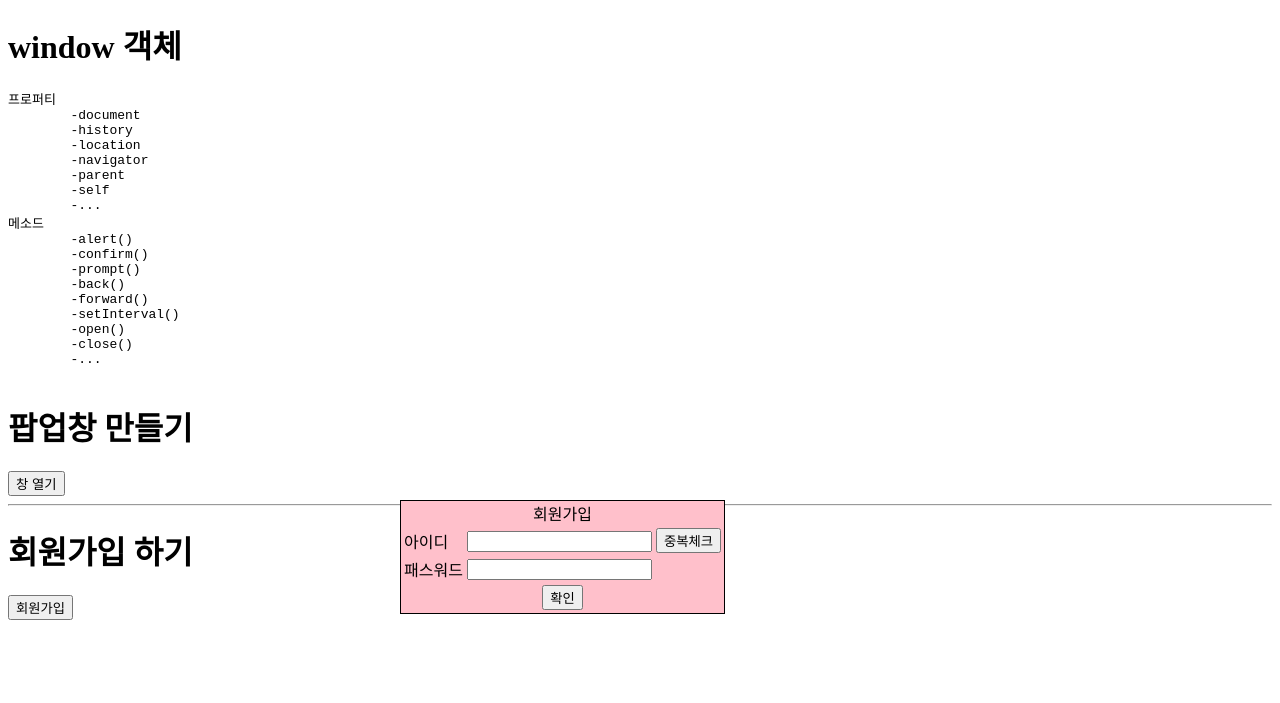
Repository: sunghyun-biblee/LearnSpace
Page: 4_UI/JS_Test/WebContent/js16_window01.html
These files come from the project's save history. The page is drawn as it stood at one moment and after the next save; the edit follows.
The browser window is 1280 px wide. The pictures show the whole page.

Above is the page before, as saved 2023-10-26 04:05:43.

### 4_UI/JS_Test/WebContent/js16_window01.html
<!DOCTYPE html>
<html>
<head>
<meta charset="UTF-8">
<title>Insert title here</title>
<style type="text/css">
	#regist{
		border : 1px solid black;
		background: pink;
		position : absolute;
		top: 500px;
		left:400px;
	}
</style>
<script type="text/javascript">
	function openWin(){
		let url="js16_window02.html";
		let target="_blank";
		let prop="width=500px,height=500px";
		window.open(url,target,prop);
	}

	function registForm(){
		let url="js17_window03.html";
		let target="_blank";
		let prop="width=600px,height=600px";
		window.open(url,target,prop);
	}
</script>
</head>
<body>
	<h1>window 객체</h1>
<pre>
프로퍼티
	-document
	-history
	-location
	-navigator
	-parent
	-self
	-...
메소드
	-alert()
	-confirm()
	-prompt()
	-back()
	-forward()
	-setInterval()
	-open()
	-close()
	-...
	</pre>
<div>
	<h1>팝업창 만들기</h1>
	<button onclick="openWin();" name="btn">창 열기</button>
</div>
<div id="tt"></div>

<hr>
<h1>회원가입 하기</h1>
<button onclick="registForm()" name="btn">회원가입</button>
<!-- 회원가입 폼 -->
<div id="regist">
	<form action="">
	<table>
		<caption>회원가입</caption>
		<tr>
			<td>아이디</td>
			<td> <input type="text" name="id"> <input type="button" value="중복체크"> </td>
		</tr>
		<tr>
			<td>패스워드</td>
			<td> <input type="password" name="pwd" style="color:red;"></td>
		</tr>
		<tr>
			<td colspan="2" align="center"> <input type="button" value="확인"> </td>
		</tr>
		</table>

	</form>
</div>



</body>
</html>

After the next save:
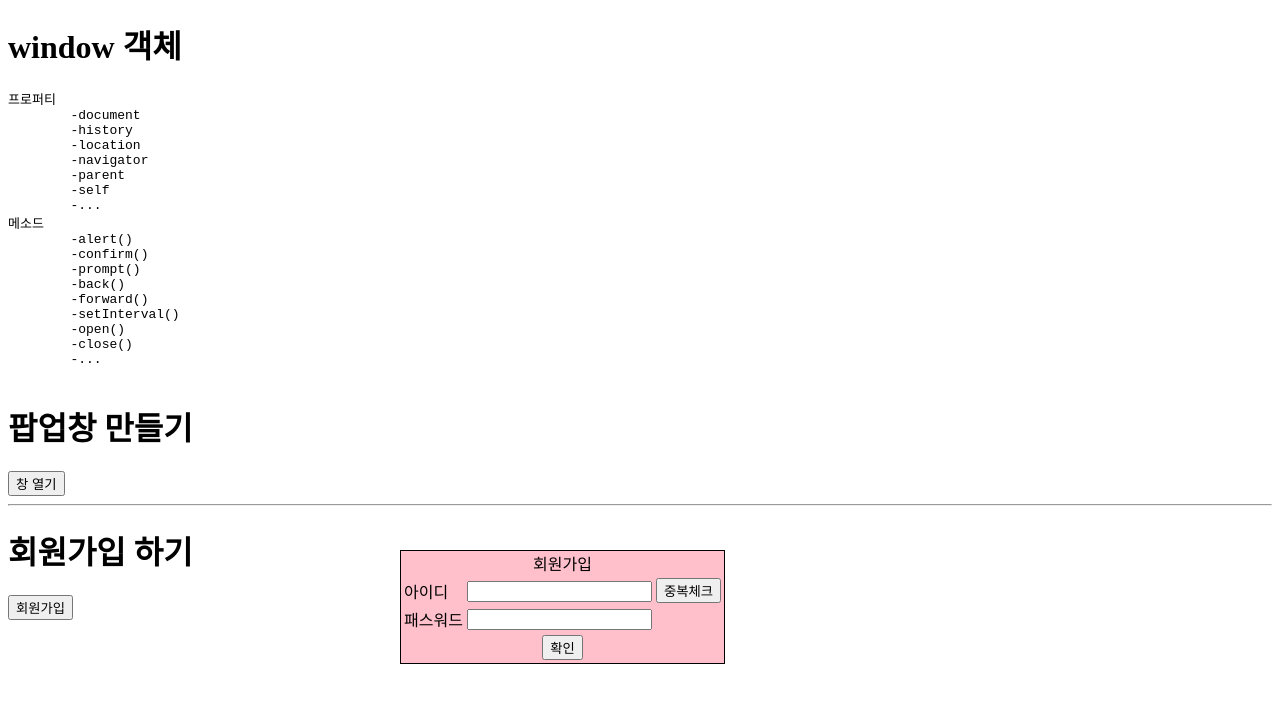
Saved 7 s later.
--- a/4_UI/JS_Test/WebContent/js16_window01.html
+++ b/4_UI/JS_Test/WebContent/js16_window01.html
@@ -8,7 +8,7 @@
 		border : 1px solid black;
 		background: pink;
 		position : absolute;
-		top: 500px;
+		top: 550px;
 		left:400px;
 	}
 </style>
